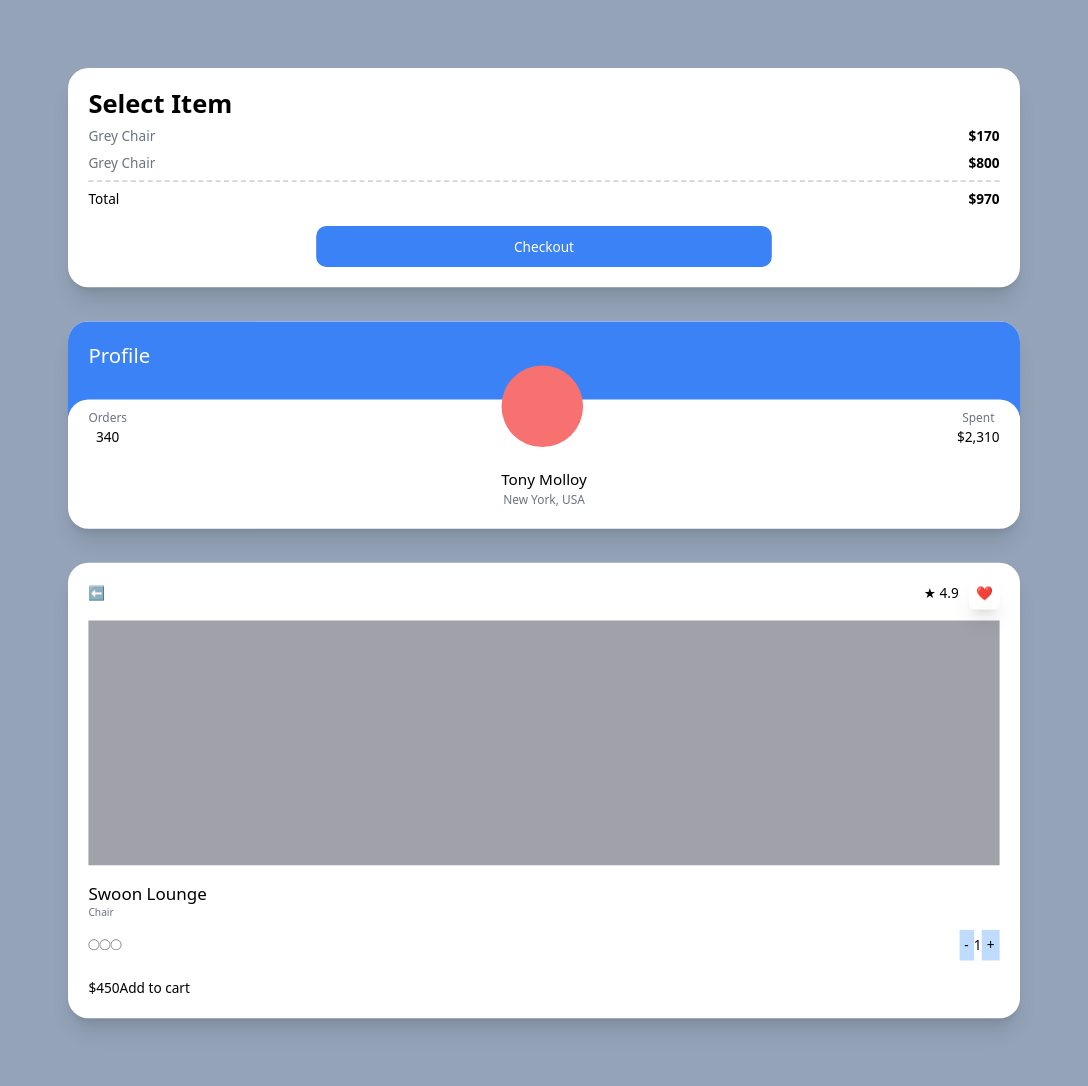
Repository: pjk0007/nextjs-carrot-marcket
Page: /
An editor plug-in stored every save of this project. The page is shown before and after a run of saves, followed by the edit.
The browser window is 1280 px wide. The pictures show the whole page, at 85% of full size.
The project was rebuilt for these pictures with package versions that can differ from the ones it lists, and the page was loaded fresh each time. The framework's server and built-in components were replaced by stand-ins that run in the browser. Also part of the build but not shown: next.config.js.

Above is the page before, as saved 2022-04-30 13:29:36.

### pages/index.tsx
import type { NextPage } from 'next'
const Home: NextPage = () => {
  return (
    <div className='bg-slate-400 py-20 px-20 grid gap-10 min-h-screen'>
      <div className='bg-white p-6 rounded-3xl shadow-xl'>
        <span className='font-semibold text-3xl'>Select Item</span>
        <div className='flex justify-between my-2'>
          <span className='text-gray-500'>Grey Chair</span>
          <span className='font-semibold'>$170</span>
        </div>
        <div className='flex justify-between'>
          <span className='text-gray-500'>Grey Chair</span>
          <span className='font-semibold'>$800</span>
        </div>
        <div className='flex justify-between mt-2 pt-2 border-t-2 border-dashed border-gray-300'>
          <span>Total</span>
          <span className='font-semibold'>$970</span>
        </div>
        <div className='mt-5 bg-blue-500 text-white p-3 text-center rounded-xl w-1/2 mx-auto'>Checkout</div>
      </div>

      <div className='bg-white overflow-hidden rounded-3xl shadow-xl'>
        <div className='bg-blue-500 p-6 pb-14'>
          <span className='text-white text-2xl'>Profile</span>
        </div>
        <div className='rounded-3xl p-6 relative -top-5 bg-white'>
          <div className='flex relative -top-16 items-end justify-between'>
            <div className='flex flex-col items-center'>
              <span className='text-sm text-gray-500'>Orders</span>
              <span className='font-medium'>340</span>
            </div>
            <div className='h-24 w-24 bg-red-400 rounded-full'/>
            <div className='flex flex-col items-center'>
              <span className='text-sm text-gray-500'>Spent</span>
              <span className='font-medium'>$2,310</span>
            </div>
          </div>
          <div className='flex flex-col items-center -mt-10 -mb-5'>
            <span className='text-lg font-medium'>Tony Molloy</span>
            <span className='text-sm text-gray-500'>New York, USA</span>
          </div>
        </div>
      </div>

      <div className='bg-white p-6 rounded-3xl shadow-xl'>
        <div className='flex mb-5 justify-between items-center'>
          <span>⬅</span>
          <div className='space-x-3'>
            <span>★ 4.9</span>
            <span className='shadow-xl p-2 rounded-md'>❤️</span>
          </div>
        </div>
        <div className='bg-zinc-400 h-72 mb-5'/>
        <div className='flex flex-col'>
          <span className='font-medium text-xl'>Swoon Lounge</span>
          <span className='text-xs text-gray-500'>Chair</span>
          <div className='mt-3 mb-5 flex justify-between items-center'>
            <div>
              <input type="radio" />
              <input type="radio" />
              <input type="radio" />
            </div>
            <div className='flex items-center'>
              <button className='p-1.5 bg-blue-200 justify-center items-center'>-</button>
              <span>1</span>
              <button className='p-1.5 bg-blue-200 justify-center items-center'>+</button>
            </div>
          </div>
          <div>
            <span>$450</span>
            <button>Add to cart</button>
          </div>
        </div>
      </div>
    </div>
  );
}

export default Home

### tailwind.config.js
module.exports = {
  content: [
    "./pages/**/*.{js,jsx,ts,tsx}",
    "./components/**/*.{js,jsx,ts,tsx}"
  ],
  theme: {
    extend: {},
  },
  plugins: [],
}

Loaded but not shown: pages/_app.tsx (common file); styles/globals.css (common file)

After the next 2 saves:
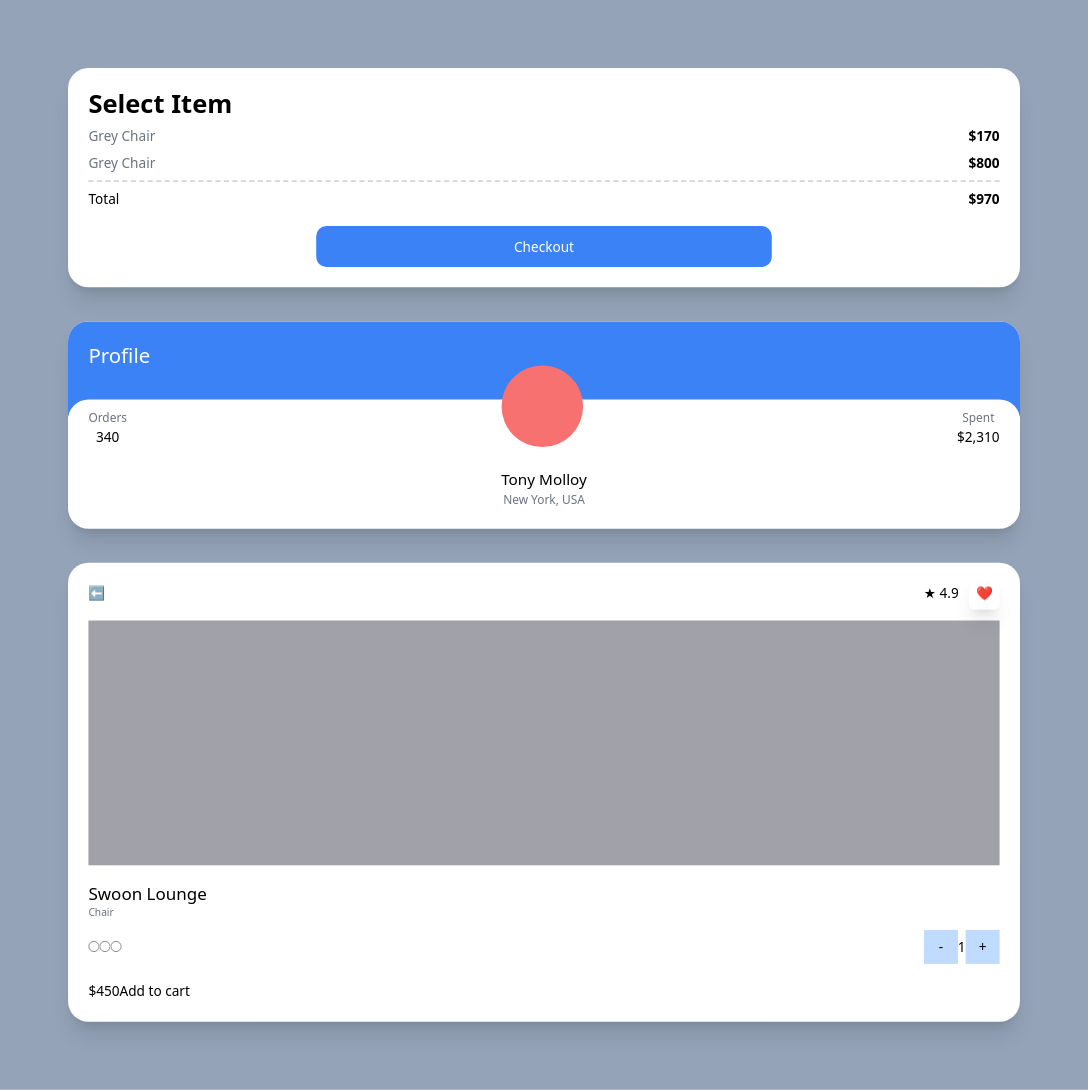
The 2 saves are shown as one change because they came seconds apart.
The last was saved 8 s later.
--- a/pages/index.tsx
+++ b/pages/index.tsx
@@ -61,9 +61,9 @@ const Home: NextPage = () => {
               <input type="radio" />
             </div>
             <div className='flex items-center'>
-              <button className='p-1.5 bg-blue-200 justify-center items-center'>-</button>
+              <button className='p-1.5 bg-blue-200 justify-center items-center aspect-square w-10'>-</button>
               <span>1</span>
-              <button className='p-1.5 bg-blue-200 justify-center items-center'>+</button>
+              <button className='p-1.5 bg-blue-200 justify-center items-center aspect-square w-10'>+</button>
             </div>
           </div>
           <div>
